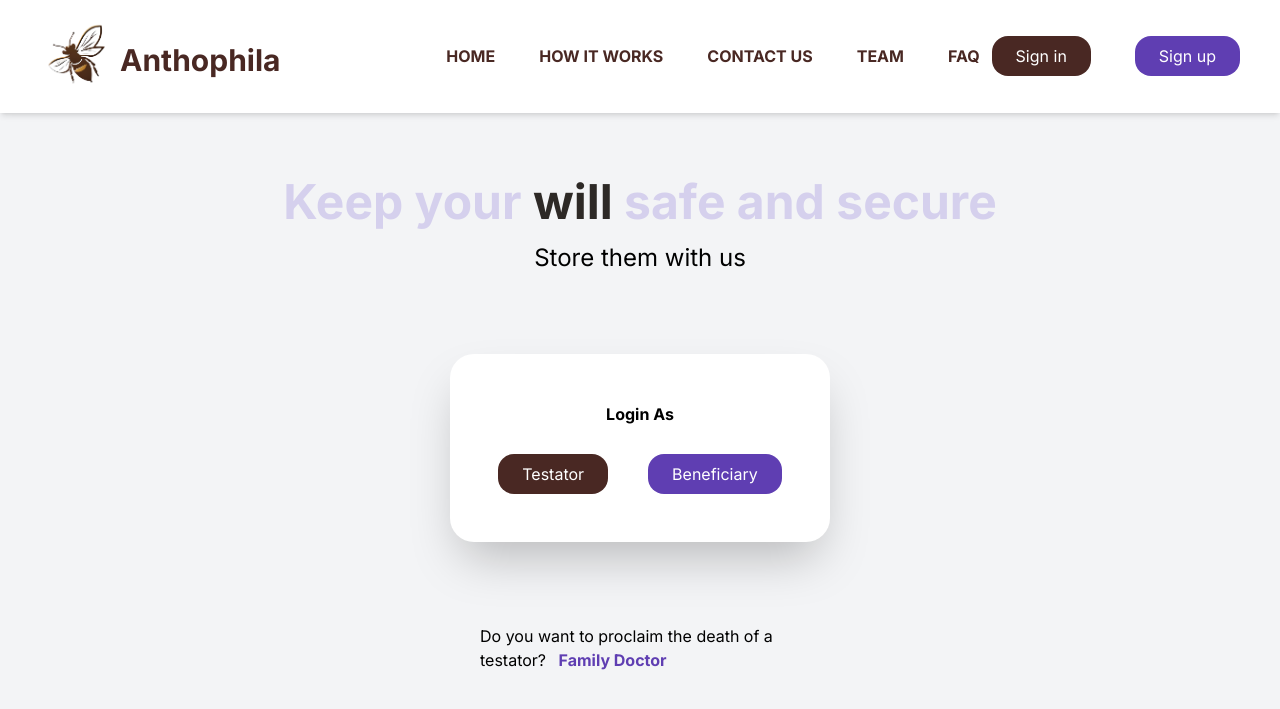
Repository: marcusdashe/anthophila
Page: /
These files come from the project's save history. The page is drawn as it stood at one moment and after the next save; the edit follows.
The browser window is 1280 px wide. The pictures show the whole page.
The project was rebuilt for these pictures with package versions that can differ from the ones it lists, and the page was loaded fresh each time. The framework's server and built-in components were replaced by stand-ins that run in the browser. Also part of the build but not shown: next.config.js, styles/Home.module.css.

Above is the page before, as saved 2023-02-28 21:23:53.

### pages/_document.js
import { Html, Head, Main, NextScript } from 'next/document'

export default function Document() {
  return (
    <Html lang="en">
      <Head>
        <link rel="preconnect" href="https://fonts.googleapis.com" />
        <link rel="preconnect" href="https://fonts.gstatic.com" crossOrigin />
        <link href="https://fonts.googleapis.com/css2?family=Inter:wght@100;200;300;400;500;600&display=swap" rel="stylesheet" />
      </Head>
      <body>
        <Main />
        <NextScript />
      </body>
    </Html>
  )
}

### pages/index.js
import Head from 'next/head'
import Image from 'next/image'
import { Inter } from '@next/font/google'
import styles from '@/styles/Home.module.css'
import { Nav } from '@/components/Nav'
import Hero from '@/components/Hero'

const inter = Inter({ subsets: ['latin'] })

export default function Home() {
  return (
    <>
      <Head>
        <title>Anthophilia</title>
        <meta name="description" content="decentralized platform for storing will" />
        <meta name="viewport" content="width=device-width, initial-scale=1" />
        <link rel="icon" href="/favicon.ico" />
      </Head>
      <Nav />

      {/* <main className="w-full h-screen bg-cover bg-no-repeat bg-center bg-fixed" style={{backgroundImage: "url('/assets/bg-vintage.png')"}}> */}
      <main className="w-full h-screen">
      <Hero />

      </main>
    </>
  )
}

### styles/globals.css
@tailwind base;
@tailwind components;
@tailwind utilities;


@layer base {
    html {

      font-family: 'Inter', sans-serif;
    }
  }

### components/Nav.jsx
import React, { useState } from 'react'
import Link from 'next/link'
import Button from './Button'
import MenuIcon from '@mui/icons-material/Menu';
import CloseIcon from '@mui/icons-material/Close';

export const Nav = () => {
  let Links = [
    { name: "HOME", link: "/"},
    { name: "HOW IT WORKS", link: "/hiw"},
    { name: "CONTACT US", link: "/contact"},
    { name: "TEAM", link: "/team"},
    { name: "FAQ", link: "/faq"},
  ]
  let [open, setOpen] = useState(false)

  return (
    <div className='md:fixed bg-white bg-opacity-[0.8] backdrop-blur-lg lg:fixed z-50 shadow-md w-full fixed top-0 left-0'>
        <div className='md:flex items-center justify-between bg-white py-4 md:px-10 px-7'>
            <div className='font-bold text-2xl cursor-pointer flex items-center text-gray-80'>
            <img src="/assets/logo.png" alt="logo" className="object-scale-down h-50 w-20" />
                <span className='text-3xl text-[#492823] mr-1 pt-2'>
                    Anthophila
                </span>
            </div>
            <div onClick={()=> setOpen(!open)} className='text-3xl absolute right-8 top-6 cursor-pointer md:hidden '>
              {open ? <CloseIcon fontSize='large'/> : <MenuIcon fontSize='large'/>}

            </div>
            <ul className={`md:flex md:items-center md:pb-0 pb-12 absolute md:static bg-white md:z-auto z-[-1] left-0 w-full md:w-auto md:pl-0 pl-9 transition-all duration-500 ease-in ${open ? 'top-20 opacity-100' : 'top-[-490px]'} md:opacity-100 opacity-0`}>
              { Links.map((link, idx) => (
                <li key={link.name} className='md:ml-8 text-md font-bold md:my-0 my-7'>
                    <Link href={link.link} key={idx} className="text-[#492823] hover:text-[#F5F1F3] duration-500 mr-3">{link.name}</Link>
                </li>
              ))}
              <Button isPrimary={true}><Link href= {{pathname : "/signin", query: {"user":"testator"}}}> Sign in </Link></Button>
              <Button isPrimary={false}><Link href={"/signup"}>Sign up</Link></Button>
            </ul>
        </div>
    </div>
  )
}

### components/Hero.jsx
import Link from 'next/link'
import React from 'react'
import Button from './Button'

const Hero = () => {
  return (
        <div className='bg-gray-100 h-screen flex justify-center items-center flex-col'>

            <header className="">
            <div className="max-w-7xl mx-auto px-4 sm:px-6 lg:px-8 flex flex-col items-center justify-center">
                <h1 className="text-5xl font-bold text-[#D5D0ED] text-center mb-4">Keep your <span className='text-[#2D2926]'>will</span> safe and secure</h1>
                <p className='text-center text-2xl'>Store them with us</p>
            </div>
            </header>
            <section className=' w-100 bg-white shadow-2xl p-12 rounded-3xl flex justify-center items-center flex-col mt-20'>
               <p className='font-bold'>Login As</p>
                <div className='mt-7 flex flex-row space-x-7 justify-center'>
                    <Button isPrimary={true}><Link href={{pathname : "/signin", query: {"user":"testator"}}}>Testator</Link></Button>
                    <Button isPrimary={false}><Link href={{pathname : "/signin", query: {"user":"beneficiary"}}}>Beneficiary</Link></Button>
                </div>
            </section>
            <p className='mt-5 fixed bottom-12 md:w-100 sm:w-80'>Do you want to proclaim the death of a testator? <Link className='text-[#5F3EB2] p-2 font-bold rounded-lg hover:bg-[#D5D0ED] duration-500' href={"/proclaimTestatorDeath"}>Family Doctor</Link></p>
        </div>

  )
}

export default Hero

### components/Button.jsx
import React, {useEffect} from 'react'

const Button = ({isPrimary, children}) => {
 console.log(isPrimary)
  return (
    <>
    {
      isPrimary ?
      <button className="bg-[#492823] w-150 text-white py-2 px-6 rounded-2xl md:mr-3 ml-0 hover:bg-[#D5D0ED] hover:text-[#492823] duration-500  snm:mr-3">
        {children}
      </button>
    :
      <button className="bg-[#5F3EB2] w-150 text-white py-2 px-6 rounded-2xl md:ml-8 hover:bg-[#D5D0ED] hover:text-[#492823] duration-500">
        {children}
      </button>

    }
   </>
  )
}
// bg-[] w-150 text-white py-2 px-6 rounded-2xl md:ml-8 hover:bg-[#D5D0ED] hover:text-[#492823] duration-500

export default Button

### tailwind.config.js
/** @type {import('tailwindcss').Config} */

module.exports = {
  content: [
    "./app/**/*.{js,ts,jsx,tsx}",
    "./pages/**/*.{js,ts,jsx,tsx}",
    "./components/**/*.{js,ts,jsx,tsx}",
  ],
  theme: {
    extend: {},
  },
  plugins: [],
}

Loaded but not shown: pages/_app.js (common file)

After the next save:
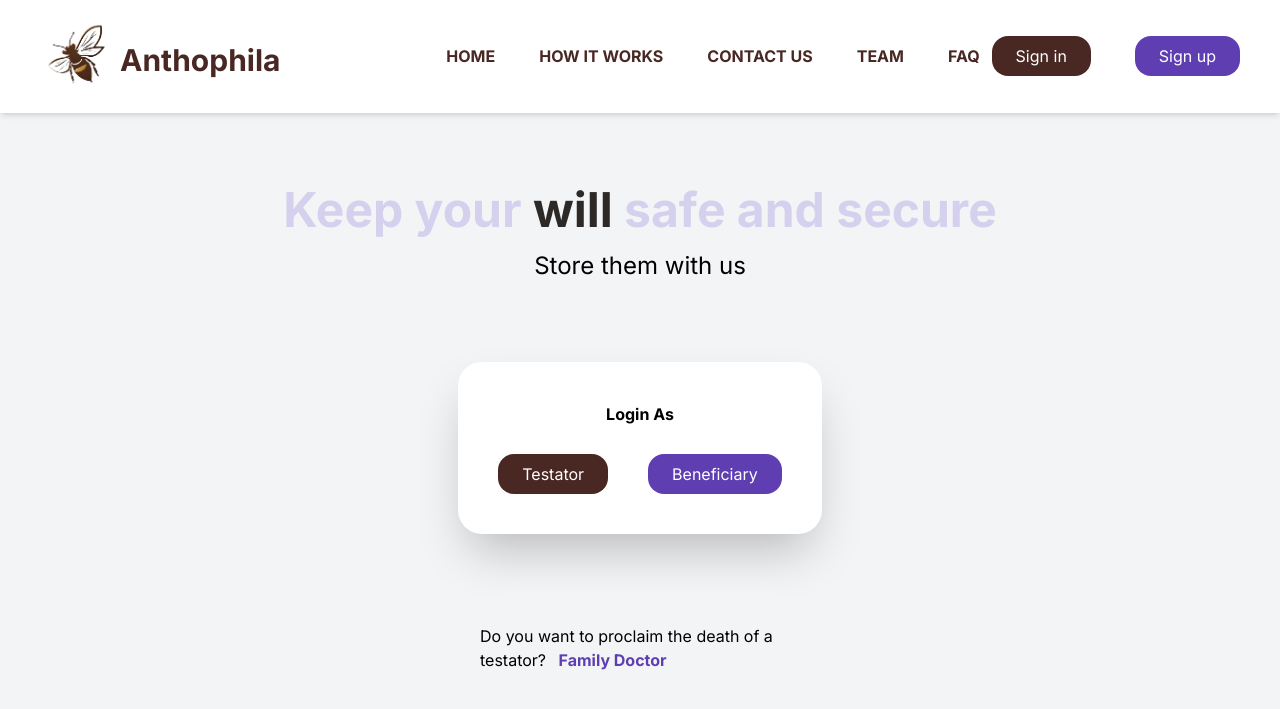
Saved 6 s later.
--- a/components/Hero.jsx
+++ b/components/Hero.jsx
@@ -12,7 +12,7 @@ const Hero = () => {
                 <p className='text-center text-2xl'>Store them with us</p>
             </div>
             </header>
-            <section className=' w-100 bg-white shadow-2xl p-12 rounded-3xl flex justify-center items-center flex-col mt-20'>
+            <section className=' w-100 bg-white shadow-2xl p-10 rounded-3xl flex justify-center items-center flex-col mt-20'>
                <p className='font-bold'>Login As</p>
                 <div className='mt-7 flex flex-row space-x-7 justify-center'>
                     <Button isPrimary={true}><Link href={{pathname : "/signin", query: {"user":"testator"}}}>Testator</Link></Button>
